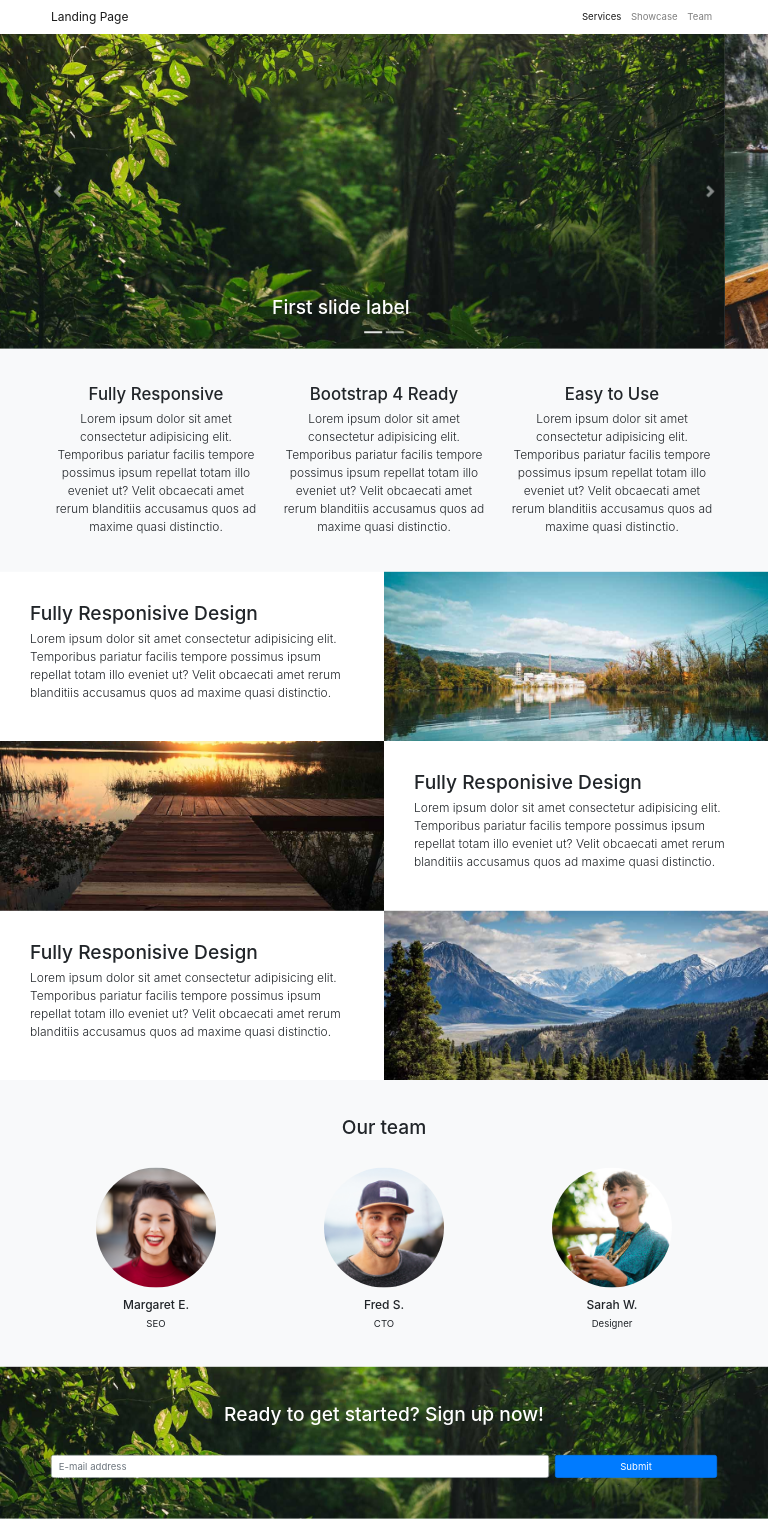
Repository: magdaf41/Bootstrap
Page: zadanie 3/index.html
The author's editor kept a copy of each file at every save. The page is drawn from the files as they stood at one save, then again after the next save.
The browser window is 1280 px wide. The pictures show the whole page, at 60% of full size.

Above is the page before, as saved 2020-09-18 09:26:32.

### zadanie 3/index.html
<!doctype html>
<html lang="en">

<head>
    <!-- Required meta tags -->
    <meta charset="utf-8">
    <meta name="viewport" content="width=device-width, initial-scale=1, shrink-to-fit=no">
    <title>Landing Page</title>
    <!-- Bootstrap CSS -->
    <link rel="stylesheet" href="https://stackpath.bootstrapcdn.com/bootstrap/4.5.2/css/bootstrap.min.css"
        integrity="sha384-JcKb8q3iqJ61gNV9KGb8thSsNjpSL0n8PARn9HuZOnIxN0hoP+VmmDGMN5t9UJ0Z" crossorigin="anonymous">

    <link rel="stylesheet" href="css/style.css">
    <link rel="stylesheet" href="https://use.fontawesome.com/releases/v5.7.2/css/all.css"
        integrity="sha384-fnmOCqbTlWIlj8LyTjo7mOUStjsKC4pOpQbqyi7RrhN7udi9RwhKkMHpvLbHG9Sr" crossorigin="anonymous">
</head>

<body>
    <nav class="navbar navbar-expand-lg navbar-light ">
        <div class="container">
            <a class="navbar-brand" href="#">Landing Page</a>
            <button class="navbar-toggler" type="button" data-toggle="collapse" data-target="#navbarNav"
                aria-controls="navbarNav" aria-expanded="false" aria-label="Toggle navigation">
                <span class="navbar-toggler-icon"></span>
            </button>
            <div class="collapse navbar-collapse" id="navbarNav">
                <ul class="navbar-nav ml-auto">
                    <li class="nav-item active">
                        <a class="nav-link" href="#">Services</span></a>
                    </li>
                    <li class="nav-item">
                        <a class="nav-link" href="#">Showcase</a>
                    </li>
                    <li class="nav-item">
                        <a class="nav-link" href="#">Team</a>
                    </li>

                </ul>
            </div>
        </div>

    </nav>

    <div id="carouselExampleCaptions" class="carousel slide" data-ride="carousel">
        <ol class="carousel-indicators">
            <li data-target="#carouselExampleCaptions" data-slide-to="0" class="active"></li>
            <li data-target="#carouselExampleCaptions" data-slide-to="1"></li>
        </ol>
        <div class="carousel-inner">
            <div class="carousel-item active">
                <img src="img/slider-1.jpg" class="d-block w-100" alt="View 1">
                <div class="carousel-caption">
                    <h2>First slide label</h2>
                </div>
            </div>
            <div class="carousel-item">
                <img src="img/slider-2.jpg" class="d-block w-100" alt="View 2">
                <div class="carousel-caption">
                    <h2>Second slide label</h2>
                </div>
            </div>
        </div>
        <a class="carousel-control-prev" href="#carouselExampleCaptions" role="button" data-slide="prev">
            <span class="carousel-control-prev-icon" aria-hidden="true"></span>
            <span class="sr-only">Previous</span>
        </a>
        <a class="carousel-control-next" href="#carouselExampleCaptions" role="button" data-slide="next">
            <span class="carousel-control-next-icon" aria-hidden="true"></span>
            <span class="sr-only">Next</span>
        </a>
    </div>

    <section id="services" class="services bg-light">
        <div class="container text-center">
            <div class="row">
                <div class="col-md-4 service-item">
                    <h3>Fully Responsive</h3>
                    <p class="lead mb-0">Lorem ipsum dolor sit amet consectetur adipisicing elit. Temporibus pariatur
                        facilis tempore
                        possimus ipsum repellat totam illo eveniet ut? Velit obcaecati amet rerum blanditiis accusamus
                        quos ad maxime quasi distinctio.</p>
                </div>
                <div class="col-md-4 service-item">
                    <h3>Bootstrap 4 Ready</h3>
                    <p class="lead mb-0">Lorem ipsum dolor sit amet consectetur adipisicing elit. Temporibus pariatur
                        facilis tempore
                        possimus ipsum repellat totam illo eveniet ut? Velit obcaecati amet rerum blanditiis accusamus
                        quos ad maxime quasi distinctio.</p>
                </div>

                <div class="col-md-4 service-item">
                    <h3>Easy to Use</h3>
                    <p class="lead mb-0">Lorem ipsum dolor sit amet consectetur adipisicing elit. Temporibus pariatur
                        facilis tempore
                        possimus ipsum repellat totam illo eveniet ut? Velit obcaecati amet rerum blanditiis accusamus
                        quos ad maxime quasi distinctio.</p>
                </div>


            </div>
        </div>
    </section>

    <section id="showcase" class="showcase">
        <div class="container-fluid">
            <div class="row">
                <div class="col-md-6 order-md-2 showcase-img" style="background-image: url('img/view-1.jpg');"></div>
                <div class="col-md-6 order-md-1 showcase-text">
                    <h2>Fully Responisive Design</h2>
                    <p class="lead">Lorem ipsum dolor sit amet consectetur adipisicing elit. Temporibus pariatur
                        facilis tempore
                        possimus ipsum repellat totam illo eveniet ut? Velit obcaecati amet rerum blanditiis accusamus
                        quos ad maxime quasi distinctio.</p>
                </div>
            </div>
            <div class="row">
                <div class="col-md-6 showcase-img" style="background-image: url('img/view-2.jpg');"></div>
                <div class="col-md-6 showcase-text">
                    <h2>Fully Responisive Design</h2>
                    <p class="lead">Lorem ipsum dolor sit amet consectetur adipisicing elit. Temporibus pariatur
                        facilis tempore
                        possimus ipsum repellat totam illo eveniet ut? Velit obcaecati amet rerum blanditiis accusamus
                        quos ad maxime quasi distinctio.</p>
                </div>
            </div>
            <div class="row">
                <div class="col-md-6 order-md-2 showcase-img" style="background-image: url('img/view-3.jpg');"></div>
                <div class="col-md-6 order-md-1 showcase-text">
                    <h2>Fully Responisive Design</h2>
                    <p class="lead">Lorem ipsum dolor sit amet consectetur adipisicing elit. Temporibus pariatur
                        facilis tempore
                        possimus ipsum repellat totam illo eveniet ut? Velit obcaecati amet rerum blanditiis accusamus
                        quos ad maxime quasi distinctio.</p>
                </div>
            </div>

        </div>

    </section>

    <section id="team" class="team bg-light">
        <div class="container text-center">
            <h2 class="mb-5">Our team</h2>
            <div class="row">
                <div class="col-md-4">
                    <div class="team-item mx-auto">
                        <img src="img/team-1.jpg" alt="team-1" class="rounded-circle img-fluid mb-3">
                        <p class="h5">Margaret E.</p>
                        <p class="mb-0">SEO</p>
                    </div>
                </div>
                <div class="col-md-4">
                    <div class="team-item mx-auto">
                        <img src="img/team-2.jpg" alt="team-2" class="rounded-circle img-fluid mb-3">
                        <p class="h5">Fred S.</p>
                        <p class="mb-0">CTO</p>
                    </div>
                </div>
                <div class="col-md-4">
                    <div class="team-item team-item-last mx-auto">
                        <img src="img/team-3.jpg" alt="team-3" class="rounded-circle img-fluid mb-3">
                        <p class="h5">Sarah W.</p>
                        <p class="mb-0">Designer</p>
                    </div>
                </div>
            </div>
        </div>
    </section>

    <section class="call-to-action">
        <div class="container text-white text-center">
            <h2 class="mb-5 ">Ready to get started? Sign up now!</h2>
            <form>
                <div class="form-row">
                    <div class="col-md-9 mb-2">
                        <input type="email" class="form-control" placeholder="E-mail address">
                    </div>
                    <div class="col-md-3">
                        <button type="submit" class="btn btn-block btn-primary">Submit</button>
                    </div>
                </div>
            </form>
        </div>


    </section>


    <!-- Optional JavaScript -->
    <!-- jQuery first, then Popper.js, then Bootstrap JS -->
    <script src="https://code.jquery.com/jquery-3.5.1.slim.min.js"
        integrity="sha384-DfXdz2htPH0lsSSs5nCTpuj/zy4C+OGpamoFVy38MVBnE+IbbVYUew+OrCXaRkfj"
        crossorigin="anonymous"></script>
    <script src="https://cdn.jsdelivr.net/npm/popper.js@1.16.1/dist/umd/popper.min.js"
        integrity="sha384-9/reFTGAW83EW2RDu2S0VKaIzap3H66lZH81PoYlFhbGU+6BZp6G7niu735Sk7lN"
        crossorigin="anonymous"></script>
    <script src="https://stackpath.bootstrapcdn.com/bootstrap/4.5.2/js/bootstrap.min.js"
        integrity="sha384-B4gt1jrGC7Jh4AgTPSdUtOBvfO8shuf57BaghqFfPlYxofvL8/KUEfYiJOMMV+rV"
        crossorigin="anonymous"></script>
</body>

</html>

### zadanie 3/css/style.css
section {
    padding: 60px 0;
}

.showcase-img {
    background-size: cover;
    background-position: center;
}

.showcase-text {
    padding: 50px;
}

.showcase {
    padding: 0;
}

.team-item {
    max-width: 200px;
}

.call-to-action {
    background-image: url(../img/slider-1.jpg);
    background-size: cover;
    background-position: center;
}

@media(max-width: 768px) {
    .service-item, .team-item {
        margin-bottom: 50px;
    }
    .service-item:last-child, .team-item-last {
        margin: 0;
    }
    .showcase-img {
        height: 300px;
    }
}

After the next save:
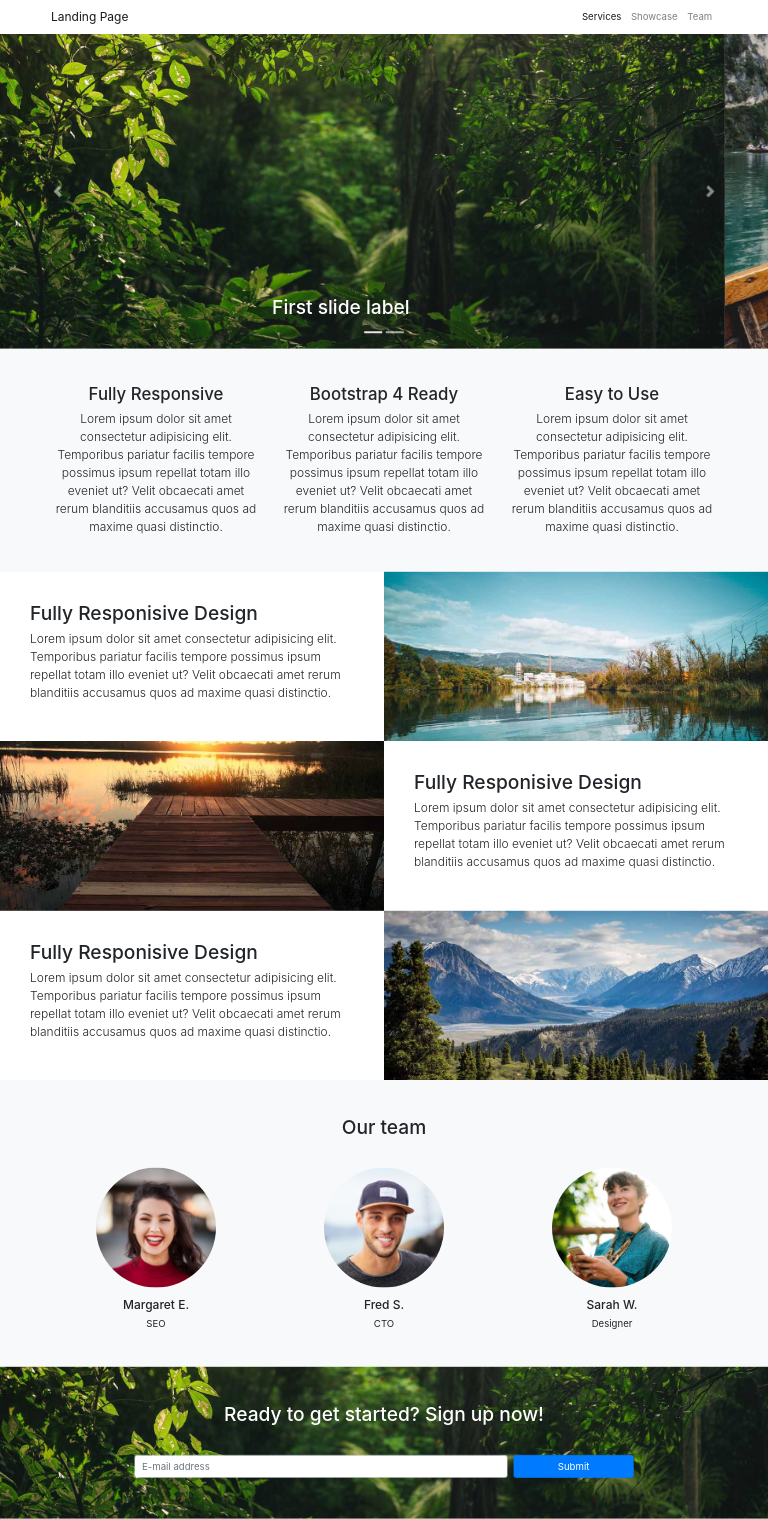
Saved 35 s later.
--- a/zadanie 3/index.html
+++ b/zadanie 3/index.html
@@ -170,7 +170,7 @@
     <section class="call-to-action">
         <div class="container text-white text-center">
             <h2 class="mb-5 ">Ready to get started? Sign up now!</h2>
-            <form>
+            <form class="w-75 mx-auto">
                 <div class="form-row">
                     <div class="col-md-9 mb-2">
                         <input type="email" class="form-control" placeholder="E-mail address">
